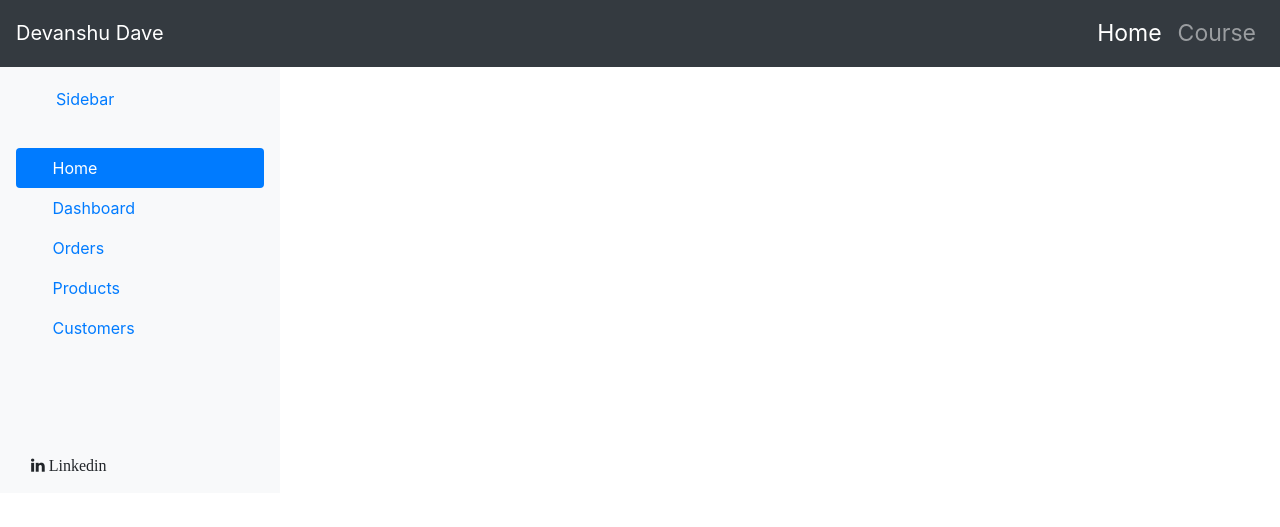
Repository: devanshudave1901/Mobile-Dev-Website
Page: course.html
The author's editor kept a copy of each file at every save. The page is drawn from the files as they stood at one save, then again after the next save.
The browser window is 1280 px wide. The pictures show the whole page.
Some web libraries are served in a nearby version.

Above is the page before, as saved 2022-10-05 11:25:46.

### course.html
<!DOCTYPE html>
<html lang="en">
  <head>
    <meta charset="UTF-8" />
    <meta http-equiv="X-UA-Compatible" content="IE=edge" />
    <meta name="viewport" content="width=device-width, initial-scale=1.0" />
    <link
      rel="stylesheet"
      href="https://cdn.jsdelivr.net/npm/bootstrap@4.0.0/dist/css/bootstrap.min.css"
      integrity="sha384-Gn5384xqQ1aoWXA+058RXPxPg6fy4IWvTNh0E263XmFcJlSAwiGgFAW/dAiS6JXm"
      crossorigin="anonymous"
    />
    <link
      href="https://maxcdn.bootstrapcdn.com/font-awesome/4.2.0/css/font-awesome.min.css"
      rel="stylesheet"
    />

    <style>
      .navbar-nav {
        margin-left: auto;
        font-size: 23px;
      }
      .welcomeHeading {
        text-shadow: 2px 2px red;
        text-align: center;
      }
      .welcomeText {
        text-align: center;
        font-family: "Sofia", sans-serif;
      }
      .featurette-heading {
        font-weight: 300;
        line-height: 1;
        letter-spacing: -0.05rem;
        margin-top: 20%;
      }
      .profileIamge {
        width: 250px;

        left: 300px;
      }
      .mobileDevProfile {
        margin-top: 10%;
        left: 100px;
      }
      main{
        display: flex;
        flex-wrap: nowrap;
        height: 100vh;
        height: -webkit-fill-available;
        max-height: 100vh;
        overflow-x: auto;
        overflow-y: hidden;
      }
  </style>
    <script
      src="https://code.jquery.com/jquery-3.2.1.slim.min.js"
      integrity="sha384-KJ3o2DKtIkvYIK3UENzmM7KCkRr/rE9/Qpg6aAZGJwFDMVNA/GpGFF93hXpG5KkN"
      crossorigin="anonymous"
    ></script>
    <script
      src="https://cdn.jsdelivr.net/npm/popper.js@1.12.9/dist/umd/popper.min.js"
      integrity="sha384-ApNbgh9B+Y1QKtv3Rn7W3mgPxhU9K/ScQsAP7hUibX39j7fakFPskvXusvfa0b4Q"
      crossorigin="anonymous"
    ></script>
    <script
      src="https://cdn.jsdelivr.net/npm/bootstrap@4.0.0/dist/js/bootstrap.min.js"
      integrity="sha384-JZR6Spejh4U02d8jOt6vLEHfe/JQGiRRSQQxSfFWpi1MquVdAyjUar5+76PVCmYl"
      crossorigin="anonymous"
    ></script>
    <title>Mobile Development - Lab 2</title>
  </head>
  <body>
    <nav class="navbar sticky-top navbar-expand-lg navbar-dark bg-dark">
      <a class="navbar-brand" href="#">Devanshu Dave</a>

      <div class="collapse navbar-collapse" id="navbarNavDropdown">
        <ul class="navbar-nav" mr-auto>
          <li class="nav-item active">
            <a class="nav-link" href="./index.html"
              >Home <span class="sr-only">(current)</span></a
            >
          </li>
          <li class="nav-item">
            <a class="nav-link" href="./course.html">Course</a>
          </li>
        </ul>
      </div>
    </nav>
    <div class="d-flex flex-column flex-shrink-0 p-3 bg-light" style="width: 280px;">
      <a href="/" class="d-flex align-items-center mb-3 mb-md-0 me-md-auto link-dark text-decoration-none">
        <svg class="bi me-2" width="40" height="32"><use xlink:href="#bootstrap"/></svg>
        <span class="fs-4">Sidebar</span>
      </a>
      <hr>
      <ul class="nav nav-pills flex-column mb-auto">
        <li class="nav-item">
          <a href="#" class="nav-link active" aria-current="page">
            <svg class="bi me-2" width="16" height="16"><use xlink:href="#home"/></svg>
            Home
          </a>
        </li>
        <li>
          <a href="#" class="nav-link link-dark">
            <svg class="bi me-2" width="16" height="16"><use xlink:href="#speedometer2"/></svg>
            Dashboard
          </a>
        </li>
        <li>
          <a href="#" class="nav-link link-dark">
            <svg class="bi me-2" width="16" height="16"><use xlink:href="#table"/></svg>
            Orders
          </a>
        </li>
        <li>
          <a href="#" class="nav-link link-dark">
            <svg class="bi me-2" width="16" height="16"><use xlink:href="#grid"/></svg>
            Products
          </a>
        </li>
        <li>
          <a href="#" class="nav-link link-dark">
            <svg class="bi me-2" width="16" height="16"><use xlink:href="#people-circle"/></svg>
            Customers
          </a>
        </li>
      </ul>
      <hr>
    <br />
    <br />
    <br />
    <footer class="footer bg-light">
      <div class="container">
        <i class="fa fa-brands fa-linkedin"> Linkedin</i>
      </div>
    </footer>
  </body>
</html>

After the next save:
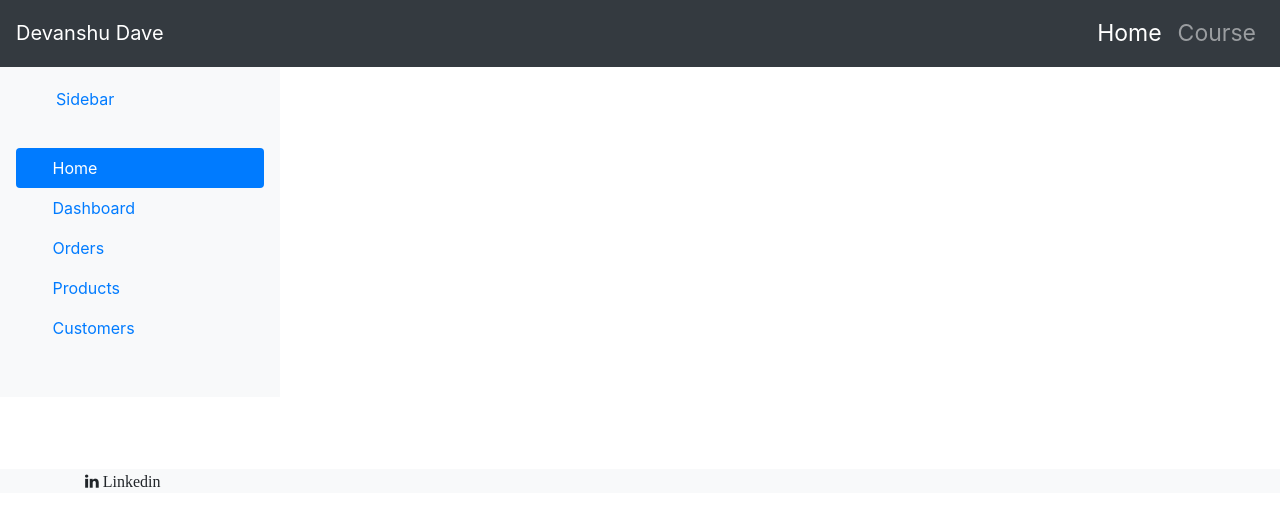
Saved 20 s later.
--- a/course.html
+++ b/course.html
@@ -87,6 +87,7 @@
         </ul>
       </div>
     </nav>
+    <main>
     <div class="d-flex flex-column flex-shrink-0 p-3 bg-light" style="width: 280px;">
       <a href="/" class="d-flex align-items-center mb-3 mb-md-0 me-md-auto link-dark text-decoration-none">
         <svg class="bi me-2" width="40" height="32"><use xlink:href="#bootstrap"/></svg>
@@ -126,6 +127,7 @@
         </li>
       </ul>
       <hr>
+    </main>
     <br />
     <br />
     <br />

After the save that followed:
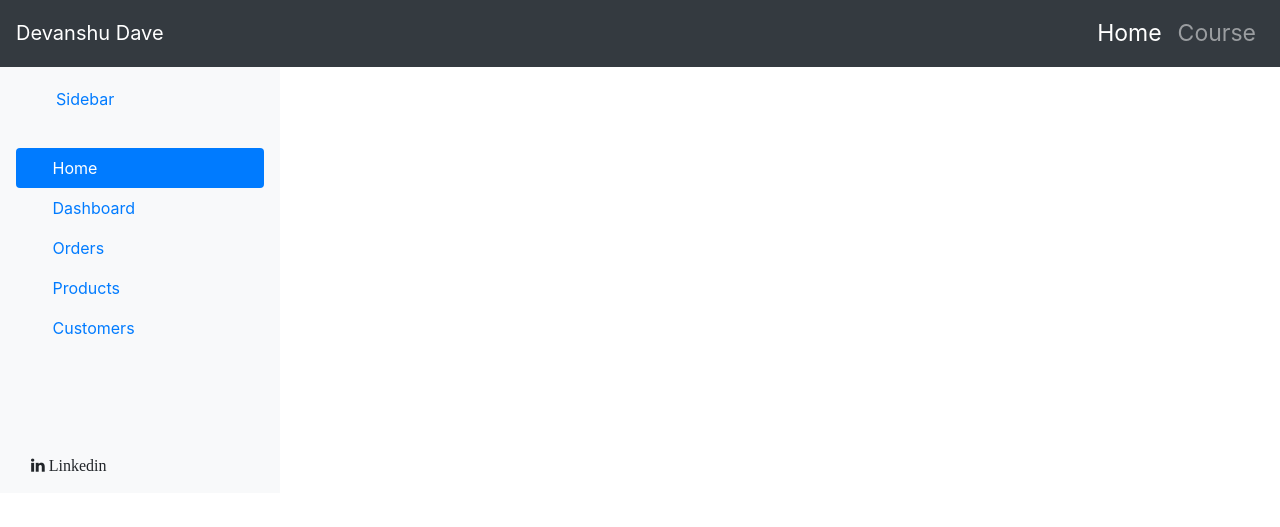
Saved 7 s later.
--- a/course.html
+++ b/course.html
@@ -127,7 +127,7 @@
         </li>
       </ul>
       <hr>
-    </main>
+
     <br />
     <br />
     <br />
